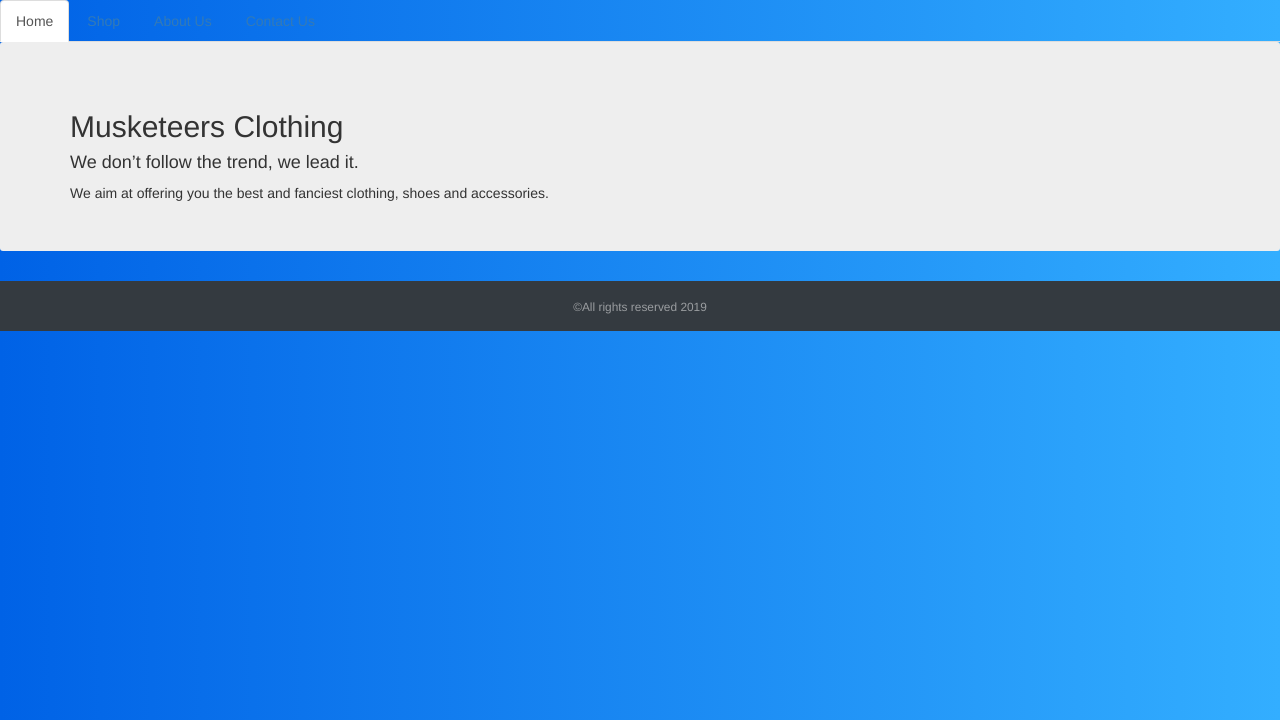
Repository: hamadanoor9/musketeers
Page: http://localhost/MusketeersClothing/WEB-INF/jsp/Home.jsp
The author's editor kept a copy of each file at every save. The page is drawn from the files as they stood at one save, then again after the next save.
The browser window is 1280 px wide. The pictures show the whole page.
The page is served by Tomcat 9. Nobody is signed in. The template is opened directly, without the code that normally fills it, so the values that code supplies are empty.

Above is the page before, as saved 2019-10-07 02:07:09.

After the next save:
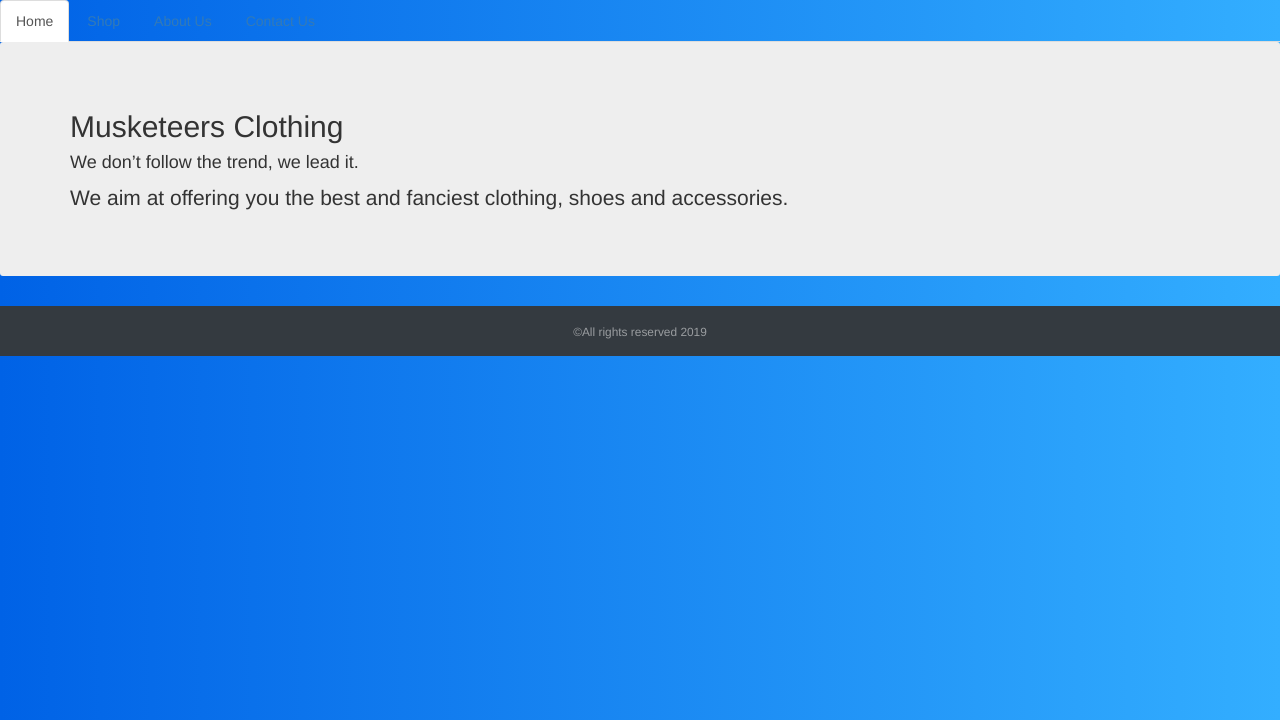
Saved 36 s later.
--- a/MusketeersClothing/WebContent/WEB-INF/jsp/Home.jsp
+++ b/MusketeersClothing/WebContent/WEB-INF/jsp/Home.jsp
@@ -5,7 +5,7 @@
   <div class="container">
     <h2>Musketeers Clothing</h2>
 	<h4>We don’t follow the trend, we lead it.</h4>
-We aim at offering you the best and fanciest clothing, shoes and accessories.
+	<p>We aim at offering you the best and fanciest clothing, shoes and accessories.</p>
   </div>
 </div>
 
